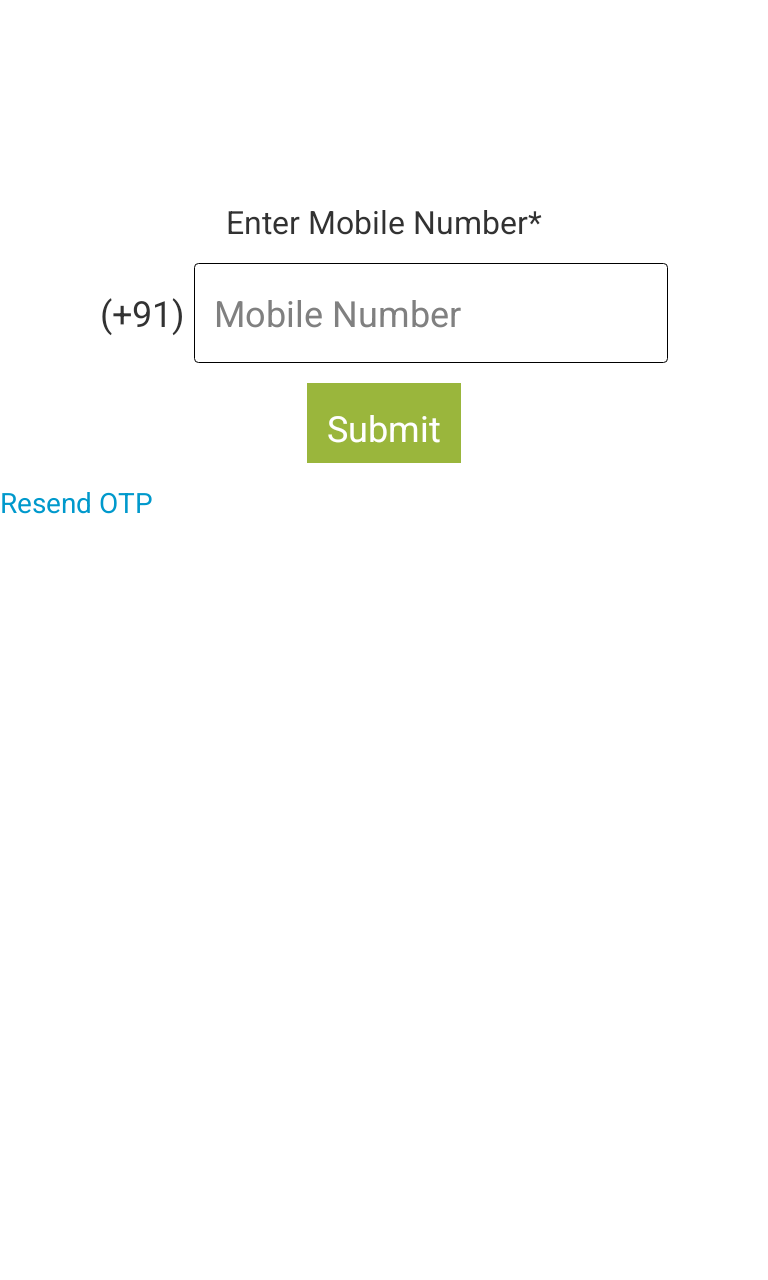
Repository: amitvikramjaiswal/amit-work
Layout: MandiTrades/MandiTradesAndroid/res/layout/first_screen.xml
An editor plug-in stored every save of this project. The layout is shown before and after the next save, followed by the edit.
It is drawn on a 768 x 1280 px phone screen (xhdpi) without system bars, with theme AppTheme; the app's code is not run.

Above is the layout before, as saved 2014-11-15 01:09:23.

### MandiTrades/MandiTradesAndroid/res/layout/first_screen.xml
<?xml version="1.0" encoding="utf-8"?>
<LinearLayout xmlns:android="http://schemas.android.com/apk/res/android"
    android:layout_width="match_parent"
    android:layout_height="match_parent"
    android:background="#fff"
    android:orientation="vertical" >

    <LinearLayout
        android:id="@+id/mobile_ll"
        android:layout_width="match_parent"
        android:layout_height="wrap_content"
        android:orientation="vertical" >

        <View
            android:layout_width="match_parent"
            android:layout_height="100dp" />

        <TextView
            android:layout_width="match_parent"
            android:layout_height="wrap_content"
            android:gravity="center"
            android:text="@string/enter_mobile_number"
            android:textSize="@dimen/text_size_large" />

        <LinearLayout
            android:layout_width="match_parent"
            android:layout_height="@dimen/height_row"
            android:layout_gravity="center"
            android:layout_marginLeft="50dp"
            android:layout_marginRight="50dp"
            android:layout_marginTop="@dimen/margin_left_right"
            android:orientation="horizontal" >

            <TextView
                android:layout_width="wrap_content"
                android:layout_height="wrap_content"
                android:gravity="center"
                android:text="(+91) "
                android:textSize="18sp" />

            <EditText
                android:id="@+id/mobile_et"
                android:layout_width="match_parent"
                android:layout_height="@dimen/height_row"
                android:background="@drawable/border_shape"
                android:hint="@string/mobile_number"
                android:inputType="number"
                android:maxLength="10"
                android:padding="@dimen/padding_normal"
                android:textColor="#000" />
        </LinearLayout>
    </LinearLayout>

    <LinearLayout
        android:id="@+id/otp_ll"
        android:layout_width="match_parent"
        android:layout_height="wrap_content"
        android:orientation="vertical"
        android:visibility="gone" >

        <View
            android:layout_width="match_parent"
            android:layout_height="100dp" />

        <TextView
            android:layout_width="match_parent"
            android:layout_height="wrap_content"
            android:gravity="center"
            android:text="@string/enter_otp"
            android:textSize="@dimen/text_size_large" />

        <RelativeLayout
            android:layout_width="match_parent"
            android:layout_height="wrap_content"
            android:layout_gravity="center_horizontal"
            android:layout_marginLeft="50dp"
            android:layout_marginRight="50dp"
            android:layout_marginTop="@dimen/margin_left_right"
            android:background="#ff9ab63c"
            android:padding="1dp" >

            <EditText
                android:id="@+id/otp_et"
                android:layout_width="match_parent"
                android:layout_height="@dimen/height_row"
                android:background="#fff"
                android:hint="@string/otp"
                android:inputType="number"
                android:maxLength="4"
                android:padding="@dimen/padding_normal"
                android:textColor="#000" />
        </RelativeLayout>
    </LinearLayout>

    <Button
        android:id="@+id/submit_btn"
        android:layout_width="wrap_content"
        android:layout_height="@dimen/height_button"
        android:layout_gravity="center_horizontal"
        android:layout_margin="@dimen/margin_left_right"
        android:background="#ff9ab63c"
        android:padding="@dimen/padding_normal"
        android:text="@string/submit"
        android:textColor="@android:color/white" />

    <TextView
        android:layout_width="wrap_content"
        android:layout_height="wrap_content"
        android:text="Resend OTP"
        android:textColor="@android:color/holo_blue_dark" />

</LinearLayout>

### MandiTrades/MandiTradesAndroid/res/values/styles.xml
<resources>

    <!--
        Base application theme, dependent on API level. This theme is replaced
        by AppBaseTheme from res/values-vXX/styles.xml on newer devices.
    -->
    <style name="AppBaseTheme" parent="android:Theme.Light">
        <!--
            Theme customizations available in newer API levels can go in
            res/values-vXX/styles.xml, while customizations related to
            backward-compatibility can go here.
        -->
    </style>

    <!-- Application theme. -->
    <style name="AppTheme" parent="AppBaseTheme">

        <!-- All customizations that are NOT specific to a particular API-level can go here. -->
        <item name="titleTextStyle">@style/TitleTextStyle</item>
    </style>

    <!-- *********************************************** Custom Progress Dialog *********************************************** -->
    <style name="CustomProgressDialog" parent="android:Theme.Holo.Dialog">
        <item name="android:alertDialogStyle">@style/CustomAlertDialogStyle</item>
        <item name="android:windowBackground">@color/transparent</item>
        <item name="android:textColorPrimary">#FFFFFF</item>
        <item name="android:backgroundDimEnabled">false</item>
        <item name="android:textColor">#FFFFFF</item>
        <item name="android:textStyle">normal</item>
        <item name="android:textSize">12sp</item>
    </style>

    <style name="CustomAlertDialogStyle">
        <item name="android:bottomBright">@color/transparent</item>
        <item name="android:bottomDark">@color/transparent</item>
        <item name="android:bottomMedium">@color/transparent</item>
        <item name="android:centerBright">@color/transparent</item>
        <item name="android:centerDark">@color/transparent</item>
        <item name="android:centerMedium">@color/transparent</item>
        <item name="android:fullBright">@color/transparent</item>
        <item name="android:fullDark">@color/transparent</item>
        <item name="android:topBright">@color/transparent</item>
        <item name="android:topDark">@color/transparent</item>
    </style>

    <style name="TitleTextStyle" parent="@style/TextAppearance.AppCompat.Widget.ActionBar.Title">
        <item name="android:gravity">center</item>
    </style>

</resources>

### MandiTrades/MandiTradesAndroid/res/values-sw600dp/dimens.xml
<resources>

    <!--
         Customize dimensions originally defined in res/values/dimens.xml (such as
         screen margins) for sw600dp devices (e.g. 7" tablets) here.
    -->
    <dimen name="activity_horizontal_margin">16dp</dimen>
    <dimen name="activity_vertical_margin">16dp</dimen>
    <dimen name="text_size_normal">18sp</dimen>
    <dimen name="text_size_small">16sp</dimen>
    <dimen name="text_size_large">22sp</dimen>
    <dimen name="width_small_field_1">150dp</dimen>
    <dimen name="width_small_field_2">100dp</dimen>
    <dimen name="height_row">50dp</dimen>
    <dimen name="height_button">70dp</dimen>
    <dimen name="margin_left_right">10dp</dimen>
    <dimen name="margin_address">20dp</dimen>
    <dimen name="width_large_field">260dp</dimen>
    <dimen name="size_icon">50dp</dimen>
    <dimen name="text_size_heading">22sp</dimen>

    <!-- Main Menu -->

    <dimen name="height_main_menu_ll">230dp</dimen>
    <dimen name="width_main_menu_ll">230dp</dimen>
    <dimen name="size_alert_main_menu_icon">130dp</dimen>
    <dimen name="size_main_menu_icon">130dp</dimen>
    <dimen name="padding_main_menu_icon">30dp</dimen>
    <dimen name="padding_main_menu_layout">15dp</dimen>
    <dimen name="size_main_menu_icon_rl">142dp</dimen>
    <dimen name="slidermenu_width">250dp</dimen>

    <!-- New Sale Commodity Page -->

    <dimen name="height_commodity_title">45dp</dimen>
    <dimen name="padding_commodity_title">5dp</dimen>
    <dimen name="text_size_commodity_title">20sp</dimen>

    <!-- New Sale Horizontal Scroll Template -->

    <dimen name="width_image_view">120dp</dimen>
    <dimen name="height_image_view">120dp</dimen>
    <dimen name="width_text_view">120dp</dimen>
    <dimen name="height_text_view">20dp</dimen>
    <dimen name="text_size_commodity_name">18sp</dimen>

    <!-- New Sale Post Page -->
    <dimen name="width_label_column">160dp</dimen>
    <dimen name="image_height">300dp</dimen>
    <dimen name="padding_image">5dp</dimen>
    <dimen name="padding_normal">10dp</dimen>
    <dimen name="padding_small">5dp</dimen>
    <dimen name="text_size_timer">30sp</dimen>

    <!-- NEWS Page -->
    <dimen name="width_news_image">120dp</dimen>
    <dimen name="height_news_image">80dp</dimen>
    <dimen name="cart_label_radious">15dp</dimen>
    <dimen name="home_screen_first_row_top_margin">12dp</dimen>
    <dimen name="main_menu_top_margin">50dp</dimen>

    <!-- Image Upload -->

    <dimen name="height_image_upload_layout">140dp</dimen>
    <dimen name="height_image_upload_icon">110dp</dimen>

</resources>

### MandiTrades/MandiTradesAndroid/res/values-sw720dp/dimens.xml
<resources>

    <!--
         Customize dimensions originally defined in res/values/dimens.xml (such as
         screen margins) for sw600dp devices (e.g. 7" tablets) here.
    -->
    <dimen name="activity_horizontal_margin">16dp</dimen>
    <dimen name="activity_vertical_margin">16dp</dimen>
    <dimen name="text_size_normal">16sp</dimen>
    <dimen name="text_size_small">14sp</dimen>
    <dimen name="text_size_large">18sp</dimen>
    <dimen name="width_small_field_1">150dp</dimen>
    <dimen name="width_small_field_2">100dp</dimen>
    <dimen name="height_row">50dp</dimen>
    <dimen name="height_button">70dp</dimen>
    <dimen name="margin_left_right">10dp</dimen>
    <dimen name="margin_address">20dp</dimen>
    <dimen name="width_large_field">260dp</dimen>
    <dimen name="size_icon">50dp</dimen>
    <dimen name="text_size_heading">22sp</dimen>

    <!-- Main Menu -->

    <dimen name="height_main_menu_ll">230dp</dimen>
    <dimen name="width_main_menu_ll">230dp</dimen>
    <dimen name="size_alert_main_menu_icon">130dp</dimen>
    <dimen name="size_main_menu_icon">130dp</dimen>
    <dimen name="padding_main_menu_icon">30dp</dimen>
    <dimen name="padding_main_menu_layout">15dp</dimen>
    <dimen name="size_main_menu_icon_rl">142dp</dimen>
    <dimen name="slidermenu_width">250dp</dimen>

    <!-- New Sale Commodity Page -->

    <dimen name="height_commodity_title">45dp</dimen>
    <dimen name="padding_commodity_title">5dp</dimen>
    <dimen name="text_size_commodity_title">20sp</dimen>

    <!-- New Sale Horizontal Scroll Template -->

    <dimen name="width_image_view">120dp</dimen>
    <dimen name="height_image_view">120dp</dimen>
    <dimen name="width_text_view">120dp</dimen>
    <dimen name="height_text_view">20dp</dimen>
    <dimen name="text_size_commodity_name">18sp</dimen>

    <!-- New Sale Post Page -->
    <dimen name="width_label_column">140dp</dimen>
    <dimen name="image_height">300dp</dimen>
    <dimen name="padding_image">5dp</dimen>
    <dimen name="padding_normal">10dp</dimen>
    <dimen name="padding_small">5dp</dimen>
    <dimen name="text_size_timer">30sp</dimen>

    <!-- NEWS Page -->
    <dimen name="width_news_image">120dp</dimen>
    <dimen name="height_news_image">80dp</dimen>
    <dimen name="cart_label_radious">15dp</dimen>
    <dimen name="home_screen_first_row_top_margin">12dp</dimen>
    <dimen name="main_menu_top_margin">50dp</dimen>

    <!-- Image Upload -->

    <dimen name="height_image_upload_layout">140dp</dimen>
    <dimen name="height_image_upload_icon">110dp</dimen>

</resources>

### MandiTrades/MandiTradesAndroid/res/values/dimens.xml
<resources>

    <!--
         Customize dimensions originally defined in res/values/dimens.xml (such as
         screen margins) for sw600dp devices (e.g. 7" tablets) here.
    -->
    <dimen name="activity_horizontal_margin">16dp</dimen>
    <dimen name="activity_vertical_margin">16dp</dimen>

    <dimen name="text_size_notify">12sp</dimen>
    <dimen name="text_size_normal">16sp</dimen>
    <dimen name="text_size_small">14sp</dimen>
    <dimen name="text_size_large">20sp</dimen>
    <dimen name="width_small_field_1">150dp</dimen>
    <dimen name="width_small_field_2">100dp</dimen>
    <dimen name="height_row">50dp</dimen>
    <dimen name="height_button">70dp</dimen>
    <dimen name="margin_left_right">10dp</dimen>
    <dimen name="margin_address">15dp</dimen>
    <dimen name="width_large_field">260dp</dimen>
    <dimen name="size_icon">50dp</dimen>
    <dimen name="margin_right">5dp</dimen>

    <!-- Main Menu -->

    <dimen name="height_main_menu_ll">200dp</dimen>
    <dimen name="width_main_menu_ll">180dp</dimen>
    <dimen name="size_alert_main_menu_icon">130dp</dimen>
    <dimen name="size_main_menu_icon">120dp</dimen>
    <dimen name="padding_main_menu_icon">30dp</dimen>
    <dimen name="padding_main_menu_layout">15dp</dimen>
    <dimen name="size_main_menu_icon_rl">112dp</dimen>
    <dimen name="slidermenu_width">200dp</dimen>

    <!-- New Sale Commodity Page -->

    <dimen name="height_commodity_title">45dp</dimen>
    <dimen name="padding_commodity_title">5dp</dimen>
    <dimen name="text_size_commodity_title">20sp</dimen>

    <!-- New Sale Horizontal Scroll Template -->

    <dimen name="width_image_view">120dp</dimen>
    <dimen name="height_image_view">120dp</dimen>
    <dimen name="width_text_view">120dp</dimen>
    <dimen name="height_text_view">20dp</dimen>
    <dimen name="text_size_commodity_name">18sp</dimen>

    <!-- New Sale Post Page -->
    <dimen name="width_label_column">140dp</dimen>
    <dimen name="image_height">300dp</dimen>
    <dimen name="padding_image">5dp</dimen>
    <dimen name="padding_normal">10dp</dimen>
    <dimen name="padding_small">5dp</dimen>
    <dimen name="text_size_timer">30sp</dimen>

    <!-- NEWS Page -->
    <dimen name="width_news_image">120dp</dimen>
    <dimen name="height_news_image">80dp</dimen>
    <dimen name="cart_label_radious">15dp</dimen>

    <dimen name="home_screen_first_row_top_margin">12dp</dimen>
    <dimen name="main_menu_top_margin">30dp</dimen>
    <dimen name="height_comment_box">80dp</dimen>
     <dimen name="text_size_heading">20sp</dimen>
     <dimen name="padding_very_small">2dp</dimen>

       <!-- Image Upload -->

    <dimen name="height_image_upload_layout">85dp</dimen>
    <dimen name="height_image_upload_icon">55dp</dimen>

</resources>

### MandiTrades/MandiTradesAndroid/res/drawable/border_shape.xml
<?xml version="1.0" encoding="utf-8"?>
<shape xmlns:android="http://schemas.android.com/apk/res/android"
android:shape="rectangle">
<corners
android:bottomRightRadius="2dp"
android:bottomLeftRadius="2dp"
android:topLeftRadius="2dp"
android:topRightRadius="2dp"/>
<solid android:color="#FFFFFF" />

<stroke android:width="0.5px" android:color="#000" />
</shape>

Loaded but not shown: MandiTrades/MandiTradesAndroid/res/values-v11/styles.xml (common file); MandiTrades/MandiTradesAndroid/res/values-v14/styles.xml (common file); MandiTrades/MandiTradesAndroid/res/values/strings.xml (193 lines, source omitted)

After the next save:
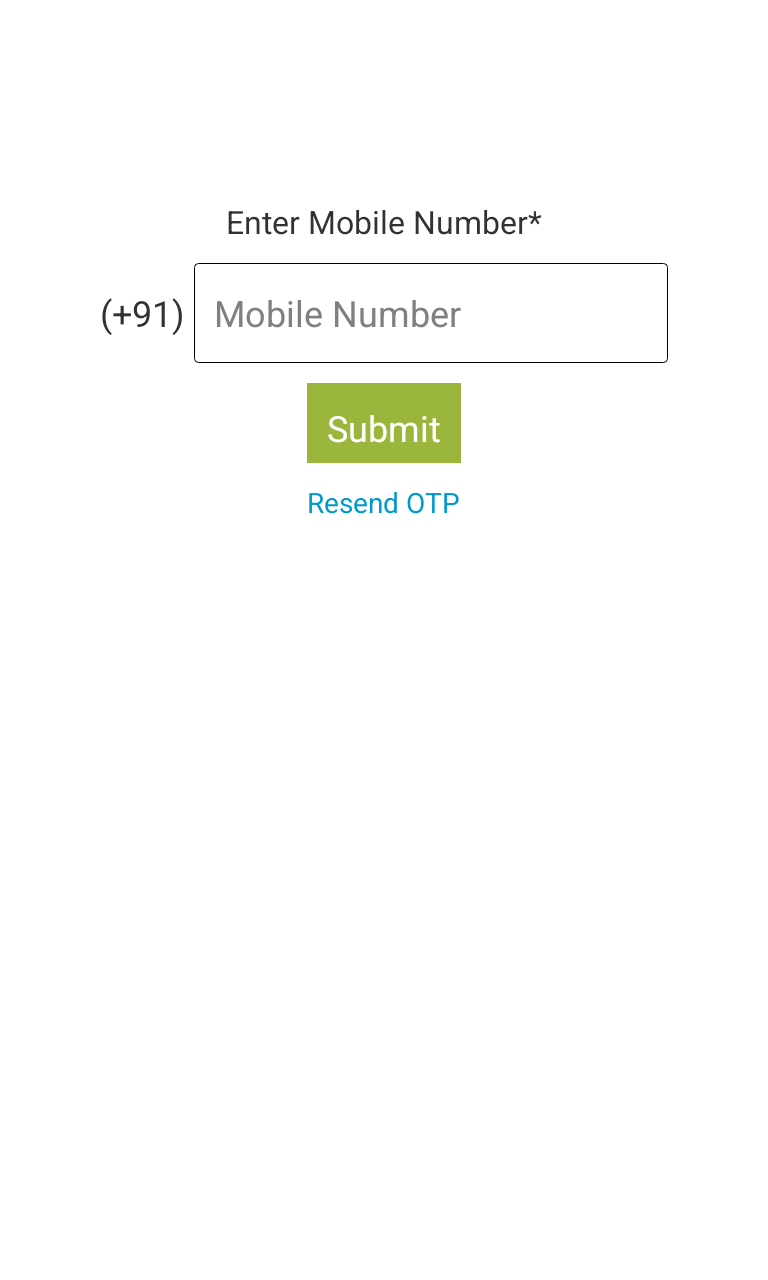
Saved 16 s later.
--- a/MandiTrades/MandiTradesAndroid/res/layout/first_screen.xml
+++ b/MandiTrades/MandiTradesAndroid/res/layout/first_screen.xml
@@ -107,6 +107,7 @@
         android:layout_width="wrap_content"
         android:layout_height="wrap_content"
         android:text="Resend OTP"
-        android:textColor="@android:color/holo_blue_dark" />
+        android:textColor="@android:color/holo_blue_dark"
+        android:layout_gravity="center" />
 
 </LinearLayout>
